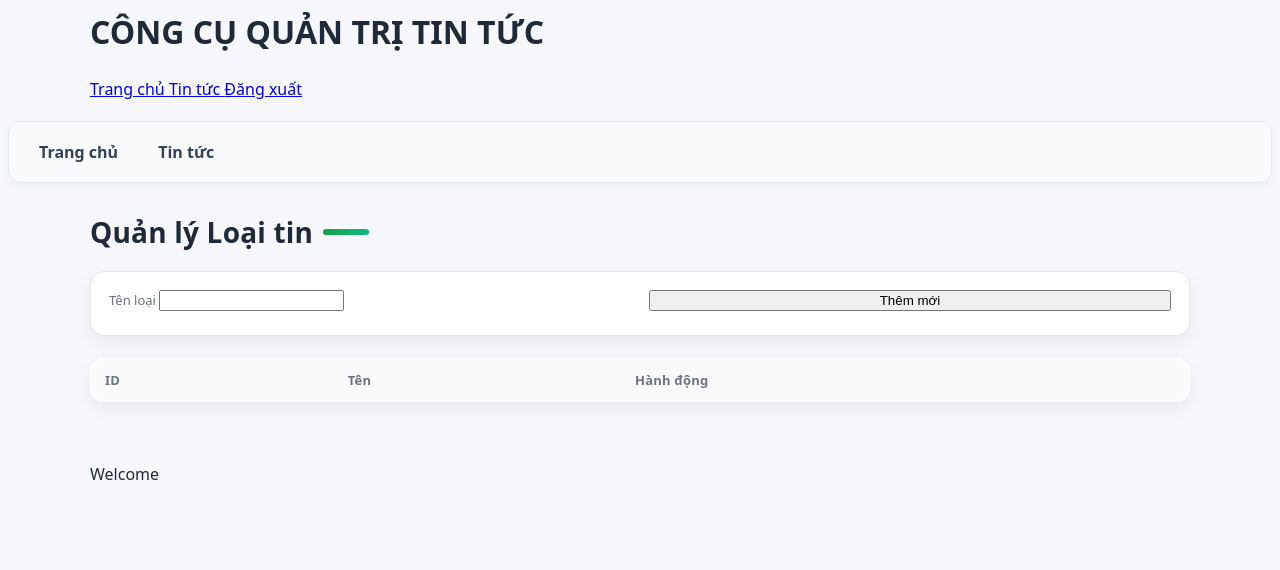
Repository: minhtvpy00202-git/Assignment_PY00202_MinhTV
Page: http://localhost/NewsPortal_PY00202/WEB-INF/views/admin/categories.jsp
These files come from the project's save history. The page is drawn as it stood at one moment and after the next save; the edit follows.
The browser window is 1280 px wide. The pictures show the whole page.
The page is served by Tomcat 10. Nobody is signed in. The template is opened directly, without the code that normally fills it, so the values that code supplies are empty.

Above is the page before, as saved 2025-10-09 17:40:55.

After the next save:
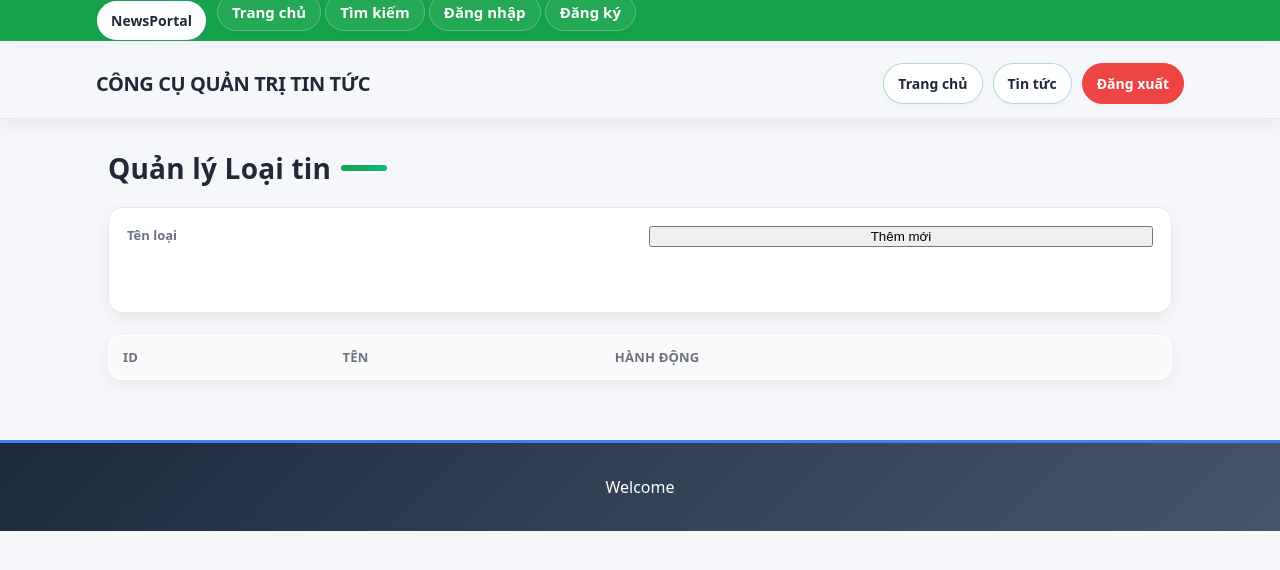
Saved 2 min 22 s later.
--- a/Assignment_NewsPortal/NewsPortal_PY00202/src/main/webapp/WEB-INF/views/admin/categories.jsp
+++ b/Assignment_NewsPortal/NewsPortal_PY00202/src/main/webapp/WEB-INF/views/admin/categories.jsp
@@ -2,8 +2,8 @@
 <%@ taglib prefix="c" uri="jakarta.tags.core" %>
 <c:set var="ctx" value="${pageContext.request.contextPath}"/>
 
-<jsp:include page="/WEB-INF/views/layout/admin-header.jsp"/>
-<jsp:include page="/WEB-INF/views/layout/admin-sidebar.jsp"/>
+<%@ include file="../layout/header.jsp" %>
+<%@ include file="../layout/admin-header.jsp" %>
 <link rel="stylesheet" href="${pageContext.request.contextPath}/assets/css/admin-users.css">
 
 <main class="container">
